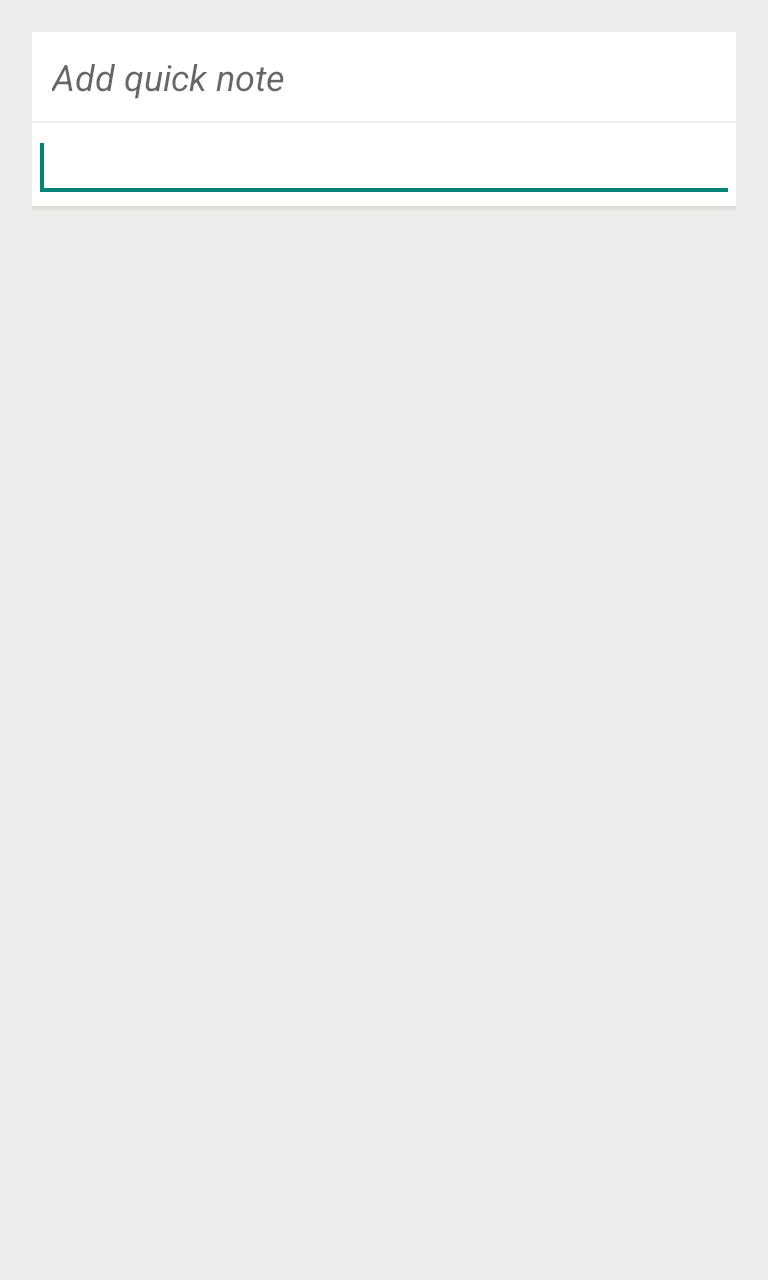
Repository: ishwormali/practices
Layout: Android/GoogleKeep/GoogleKeep/res/layout/fragment_main.xml
The author's editor kept a copy of each file at every save. The layout is drawn from the files as they stood at one save, then again after the next save.
It is drawn on a 768 x 1280 px phone screen (xhdpi) without system bars, with theme Theme.Orangeboom; the app's code is not run.

Above is the layout before, as saved 2014-04-01 06:04:59.

After the next save:
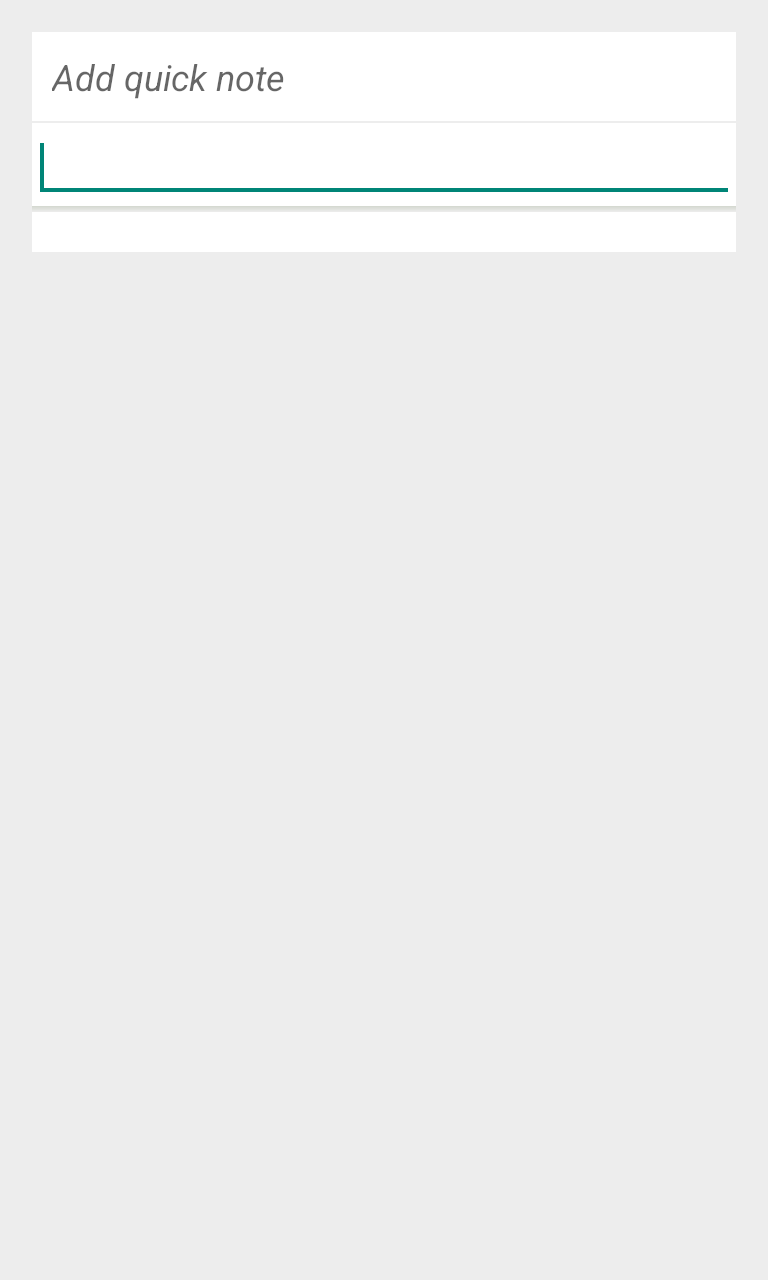
Saved 11 s later.
--- a/Android/GoogleKeep/GoogleKeep/res/layout/fragment_main.xml
+++ b/Android/GoogleKeep/GoogleKeep/res/layout/fragment_main.xml
@@ -49,7 +49,7 @@ android:background="@color/main_background" />
     android:layout_height="3sp"
      />
         <LinearLayout android:layout_width="fill_parent"
-            android:layout_height="fill_parent"
+            android:layout_height="20dp"
              >
 
         </LinearLayout>
